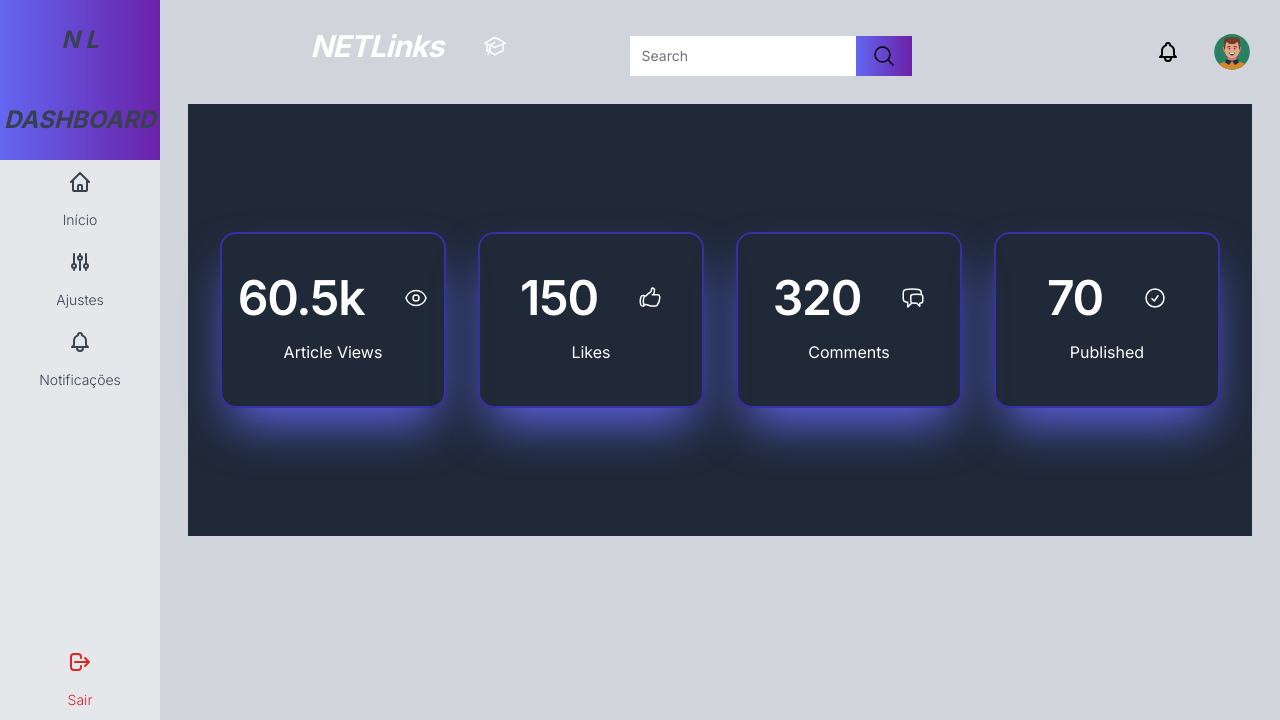
Repository: KennedyWanderson/AdminDashboard
Page: / (app in Code/admindashboard/)
An editor plug-in stored every save of this project. The page is shown before and after a run of saves, followed by the edit.
The browser window is 1280 px wide. The pictures show the whole page.
The project was rebuilt for these pictures with package versions that can differ from the ones it lists, and the page was loaded fresh each time. The framework's server and built-in components were replaced by stand-ins that run in the browser. Also part of the build but not shown: Code/admindashboard/next.config.mjs.

Above is the page before, as saved 2024-06-26 20:08:46.

After the next 2 saves:
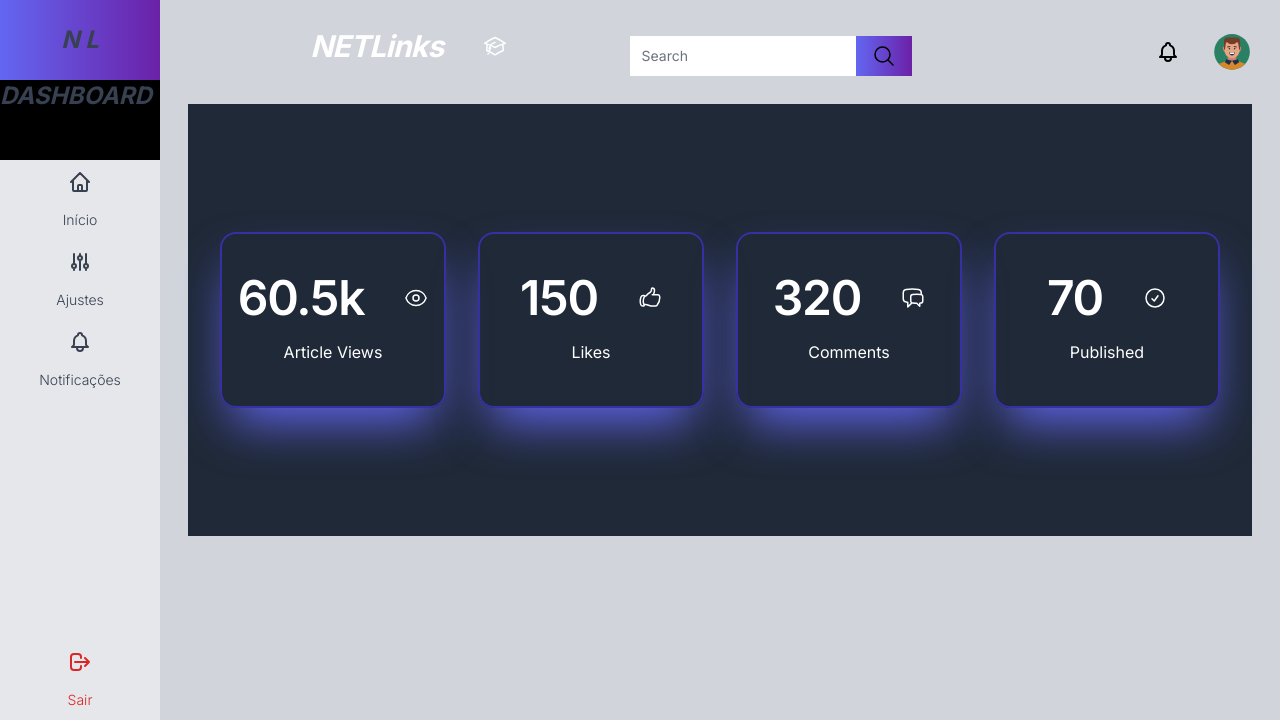
The 2 saves are shown as one change because they came seconds apart.
The last was saved 11 s later.
--- a/Code/admindashboard/src/components/LateralMenu.jsx
+++ b/Code/admindashboard/src/components/LateralMenu.jsx
@@ -18,8 +18,8 @@ export default function LateralMenu({ setActiveComponent }) {
                 N L
             </div>
             <div className="flex items-center justify-center w-full h-20 bg-black">
-                <h4 className="flex flex-col items-center justify-center font-bold italic text-2xl
-                bg-gradient-to-r from-indigo-500 to-purple-800
+                <h4 className="font-bold italic text-2xl
+                text-gradient-to-r from-indigo-500 to-purple-800
                 h-20 w-40">DASHBOARD</h4>
             </div>
 
